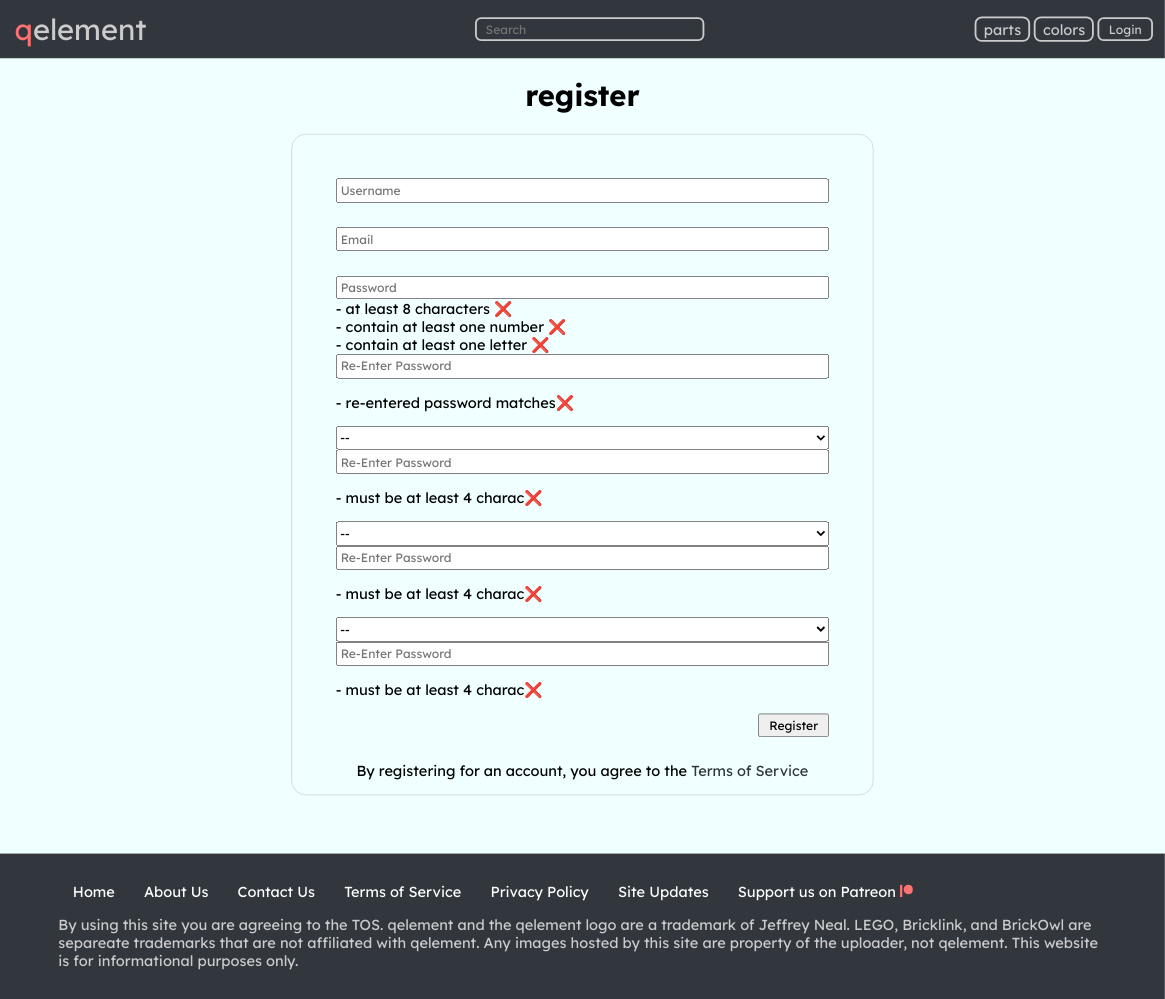
Repository: ToastBubbles/qelement-web
Page: /register
An editor plug-in stored every save of this project. The page is shown before and after the next save, followed by the edit.
The browser window is 1280 px wide. The pictures show the whole page, at 91% of full size.
The project was rebuilt for these pictures with package versions that can differ from the ones it lists, and the page was loaded fresh each time. Also part of the build but not shown: vite.config.ts, src/components/NavbarPopdown.tsx, src/components/ProtectedRoute.tsx, src/components/AllColors.tsx, src/views/colors/AllColorsView.tsx, src/components/LoadingPage.tsx, src/components/RecentQPart.tsx, src/components/AllColorParts.tsx and 61 more.

Above is the page before, as saved 2023-11-09 09:45:21.

After the next save:
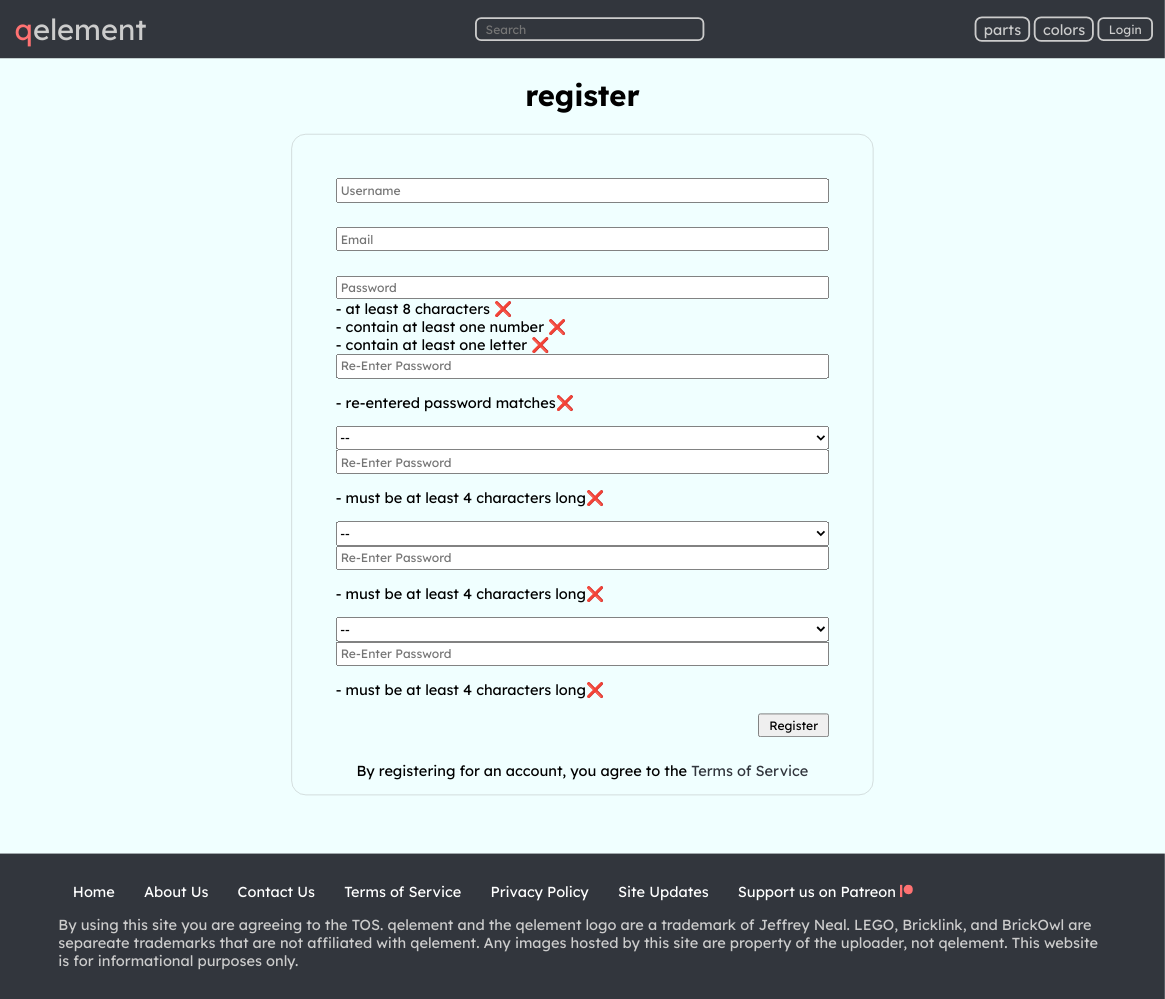
Saved 4 s later.
--- a/src/views/generic/Register.tsx
+++ b/src/views/generic/Register.tsx
@@ -186,7 +186,7 @@ export default function Register() {
             onChange={(e) => setPassMatch(e.target.value)}
           />
           <p>
-            - must be at least 4 charac
+            - must be at least 4 characters long
             {passMatch == newUser.password ? "✔️" : "❌"}
           </p>
           <select
@@ -215,7 +215,7 @@ export default function Register() {
             onChange={(e) => setPassMatch(e.target.value)}
           />
           <p>
-            - must be at least 4 charac
+            - must be at least 4 characters long
             {passMatch == newUser.password ? "✔️" : "❌"}
           </p>
           <select
@@ -244,7 +244,7 @@ export default function Register() {
             onChange={(e) => setPassMatch(e.target.value)}
           />
           <p>
-            - must be at least 4 charac
+            - must be at least 4 characters long
             {passMatch == newUser.password ? "✔️" : "❌"}
           </p>
 
